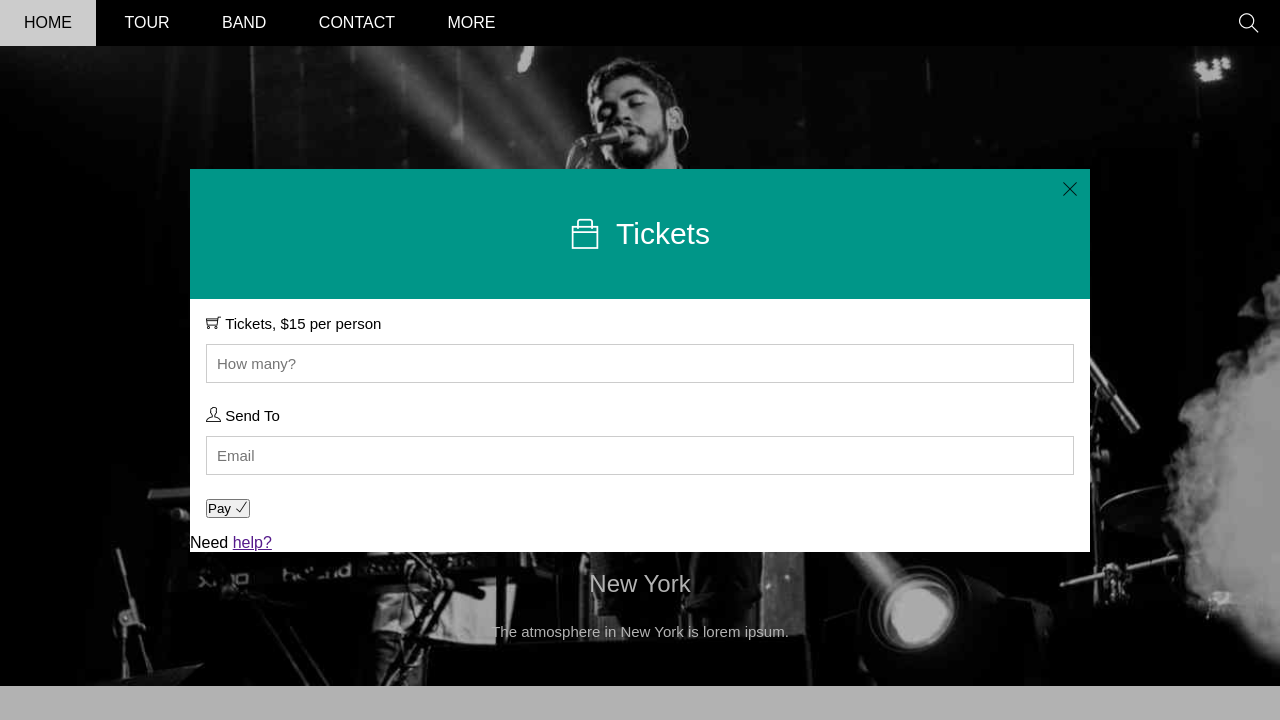
Repository: duyhung0311/band_music
Page: index.html
An editor plug-in stored every save of this project. The page is shown before and after the next save, followed by the edit.
The browser window is 1280 px wide. The pictures show the window.
A layer covers the whole window, so only the first screen is drawn.

Above is the page before, as saved 2021-08-15 09:43:04.

After the next save:
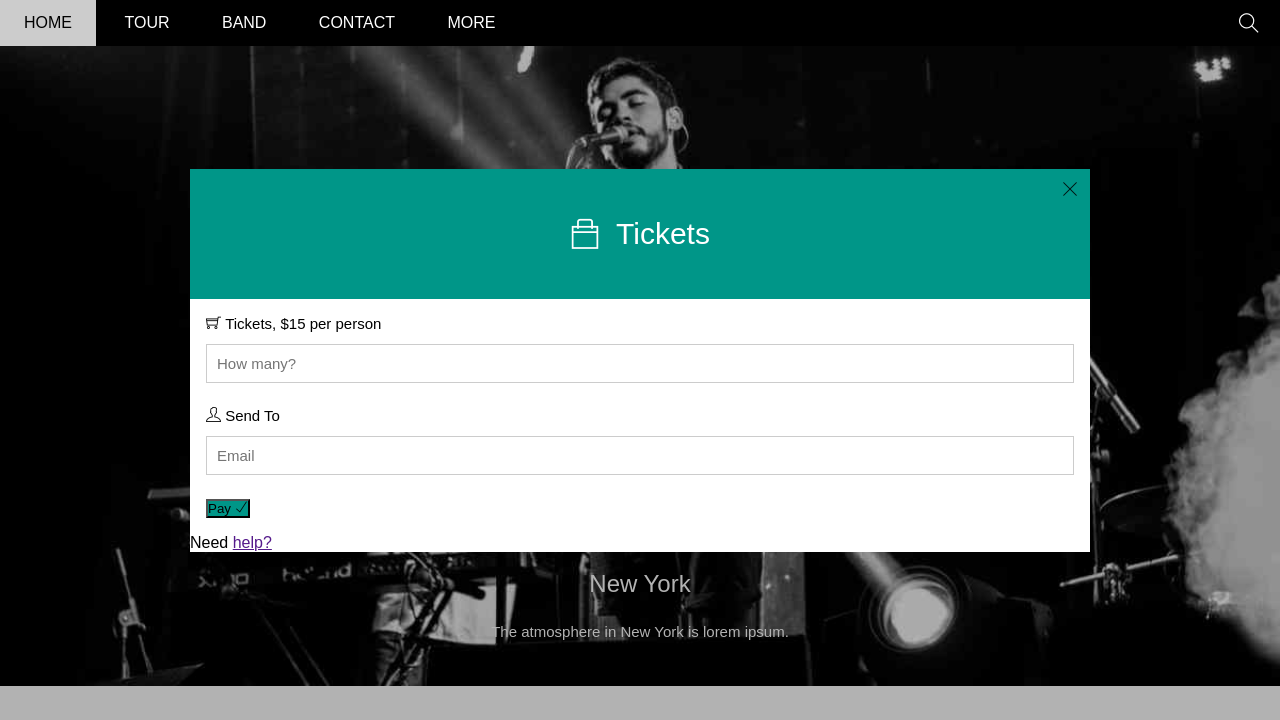
Saved 14 s later.
--- a/assets/css/style.css
+++ b/assets/css/style.css
@@ -342,6 +342,6 @@ html {
     font-size: 15px;
     margin-bottom: 24px;
 }
-.modal-body .buy-tickets{
+.modal-body #buy-tickets{
       background: #009688;
 }
